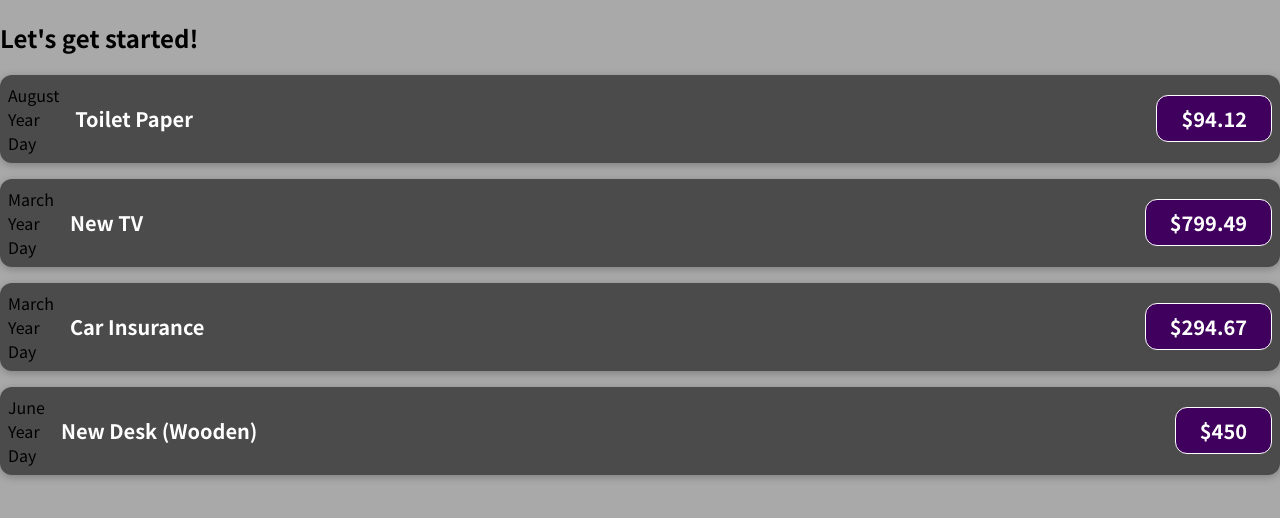
Repository: otvertka/MSC
Page: /
An editor plug-in stored every save of this project. The page is shown before and after the next save, followed by the edit.
The browser window is 1280 px wide. The pictures show the whole page.
The project was rebuilt for these pictures with package versions that can differ from the ones it lists, and the page was loaded fresh each time.

Above is the page before, as saved 2023-06-18 11:13:51.

### src/index.css
@import url("https://fonts.googleapis.com/css2?family=Noto+Sans+JP:wght@400;700&display=swap");

* {
  box-sizing: border-box;
}

html {
  font-family: "Noto Sans JP", sans-serif;
}

body {
  margin: 0;
  background-color: #aaa9a9;
}

### src/App.js
import ExpenseItem from "./components/ExpenseItem";
// import Products from "./components/Products";

function App() {
  const expenses = [
    {
      id: "e1",
      title: "Toilet Paper",
      amount: 94.12,
      date: new Date(2020, 7, 14),
    },
    { id: "e2", title: "New TV", amount: 799.49, date: new Date(2021, 2, 12) },
    {
      id: "e3",
      title: "Car Insurance",
      amount: 294.67,
      date: new Date(2021, 2, 28),
    },
    {
      id: "e4",
      title: "New Desk (Wooden)",
      amount: 450,
      date: new Date(2021, 5, 12),
    },
  ];
  return (
    <div>
      <h2>Let's get started!</h2>
      <ExpenseItem
        title={expenses[0].title}
        amount={expenses[0].amount}
        date={expenses[0].date}
      />
      <ExpenseItem
        title={expenses[1].title}
        amount={expenses[1].amount}
        date={expenses[1].date}
      />
      <ExpenseItem
        title={expenses[2].title}
        amount={expenses[2].amount}
        date={expenses[2].date}
      />
      <ExpenseItem
        title={expenses[3].title}
        amount={expenses[3].amount}
        date={expenses[3].date}
      />
    </div>
  );
}

export default App;

### src/components/ExpenseItem.js
import "./ExpenseItem.css";

function ExpenseItem(props) {
  return (
    //
    <div className="expense-item">
      <div>
        <div>{props.date.toLocaleString("en-US", { month: "long" })}</div>
        <div>Year</div>
        <div>Day</div>
      </div>
      <div className="expense-item__description">
        <h2>{props.title}</h2>
        <div className="expense-item__price">${props.amount}</div>
      </div>
    </div>
  );
}

export default ExpenseItem;

### src/components/ExpenseItem.css
.expense-item {
  display: flex;
  justify-content: space-between;
  align-items: center;
  box-shadow: 0 2px 8px rgba(0, 0, 0, 0.25);
  padding: 0.5rem;
  margin: 1rem 0;
  border-radius: 12px;
  background-color: #4b4b4b;
}

.expense-item__description {
  display: flex;
  flex-direction: column;
  gap: 1rem;
  align-items: flex-end;
  flex-flow: column-reverse;
  justify-content: flex-start;
  flex: 1;
}

.expense-item h2 {
  color: #3a3a3a;
  font-size: 1rem;
  flex: 1;
  margin: 0 1rem;
  color: white;
}

.expense-item__price {
  font-size: 1rem;
  font-weight: bold;
  color: white;
  background-color: #40005d;
  border: 1px solid white;
  padding: 0.5rem;
  border-radius: 12px;
}

@media (min-width: 580px) {
  .expense-item__description {
    flex-direction: row;
    align-items: center;
    justify-content: flex-start;
    flex: 1;
  }

  .expense-item__description h2 {
    font-size: 1.25rem;
  }

  .expense-item__price {
    font-size: 1.25rem;
    padding: 0.5rem 1.5rem;
  }
}

Loaded but not shown: public/index.html (common file); src/index.js (common file)

After the next save:
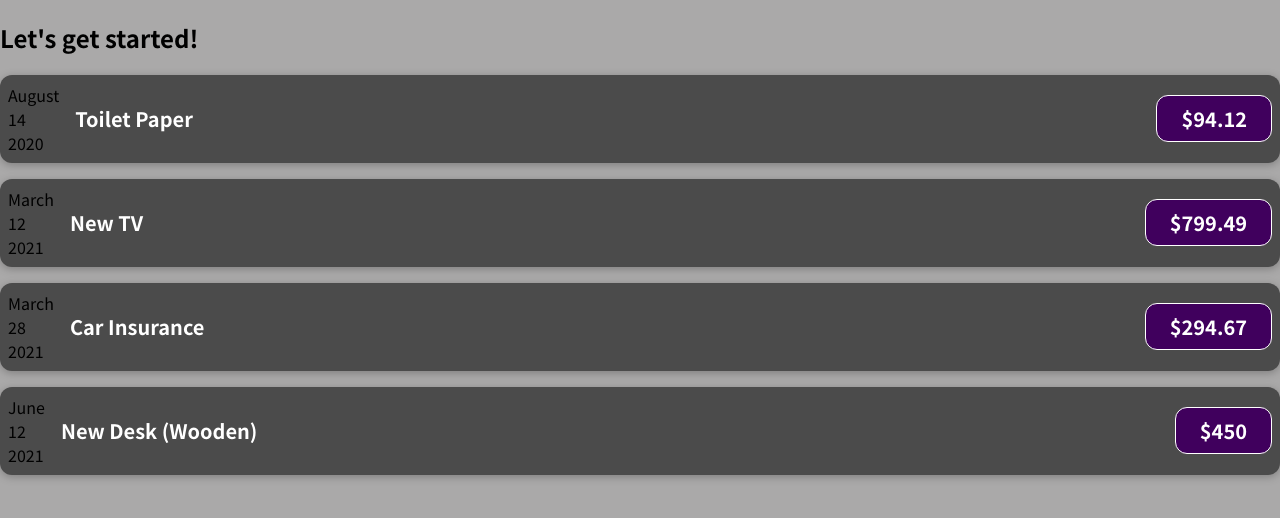
Saved 7 min 20 s later.
--- a/src/components/ExpenseItem.js
+++ b/src/components/ExpenseItem.js
@@ -6,8 +6,8 @@ function ExpenseItem(props) {
     <div className="expense-item">
       <div>
         <div>{props.date.toLocaleString("en-US", { month: "long" })}</div>
-        <div>Year</div>
-        <div>Day</div>
+        <div>{props.date.toLocaleString("en-US", { day: "2-digit" })}</div>
+        <div>{props.date.getFullYear()}</div>
       </div>
       <div className="expense-item__description">
         <h2>{props.title}</h2>
